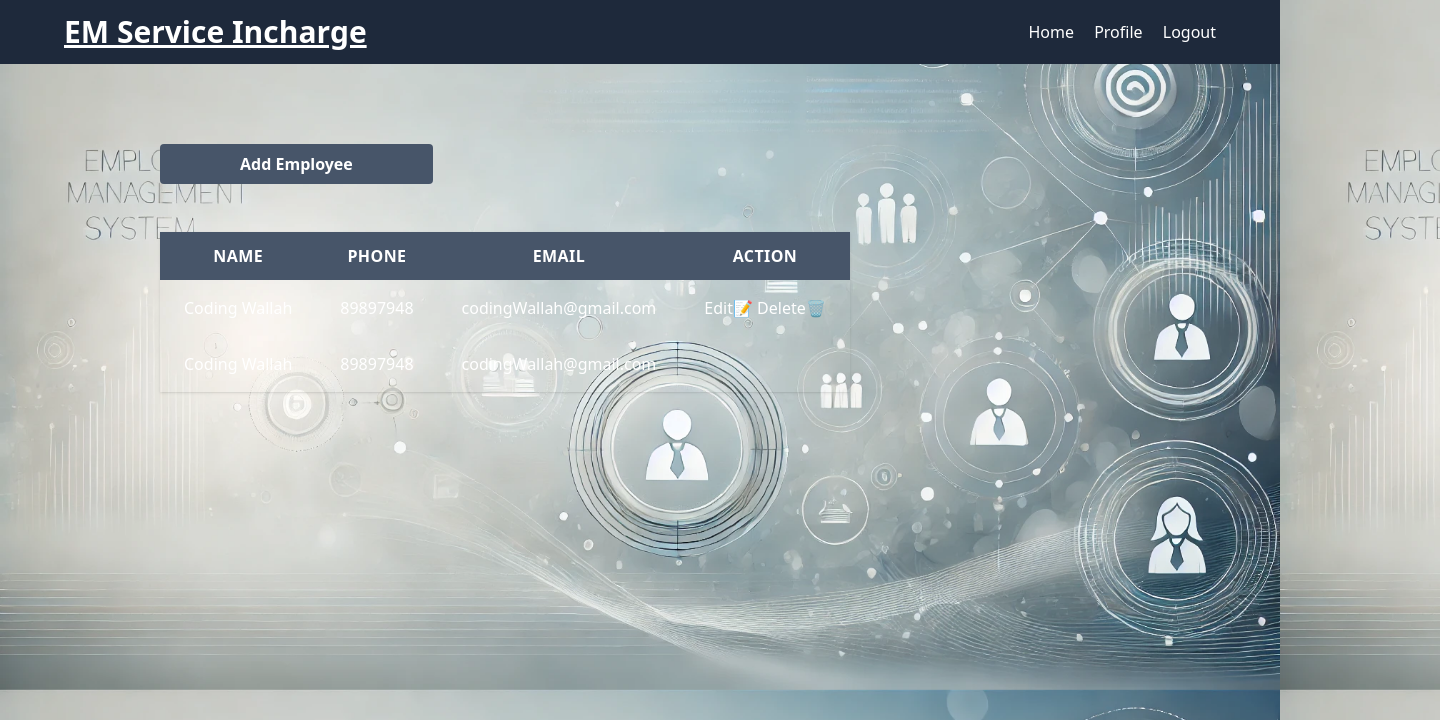
Repository: Vaibhav979/EmployeeManagement-Spring
Page: / (app in em-project-view/)
An editor plug-in stored every save of this project. The page is shown before and after a run of saves, followed by the edit.
The browser window is 1280 px wide. The page is 1440 px wide, then 1280 px, so the pictures cover 1440 px, including what lies to the right of the window. The pictures show the whole page.
The project was rebuilt for these pictures with package versions that can differ from the ones it lists, and the page was loaded fresh each time. Also part of the build but not shown: em-project-view/vite.config.js.

Above is the page before, as saved 2025-01-03 00:42:52.

### em-project-view/src/App.jsx
import Navbar from "./components/Navbar";
import "./App.css";
import EmployeeList from "./components/EmployeeList";

function App() {
  return (
    <>
      <Navbar />
      <EmployeeList />
    </>
  );
}

export default App;

### em-project-view/src/components/Navbar.jsx
import React from "react";

const Navbar = () => {
  return (
    <div className="bg-slate-800 flex h-16 px-16 items-center">
      <h1 className="text-3xl font-bold underline">EM Service Incharge</h1>
      <div className="space-x-4 ml-auto">
        <a className="hover:text-blue-400" href="/">
          {" "}
          Home{" "}
        </a>
        <a className="hover:text-blue-400" href="/">
          {" "}
          Profile{" "}
        </a>
        <a className="hover:text-blue-400" href="/">
          {" "}
          Logout
        </a>
      </div>
    </div>
  );
};

export default Navbar;

### em-project-view/src/App.css
/* #root {
  max-width: 1280px;
  margin: 0 auto;
  padding: 2rem;
  text-align: center;
} */

.App {
  text-align: left;
}

body {
  background-image: url(./assets/image.png);
  background-size: cover;
  background-position: center;
  color: #ffffff;
  height: 90vh;
}

### em-project-view/src/components/EmployeeList.jsx
import React from "react";

const EmployeeList = () => {
  return (
    <div className="container mx-40 my-8">
      <div>
        <button
        onClick={()=>navigator}
        className="bg-slate-600 hover:bg-blue-700 my-12 font-semibold px-20 py-2 rounded">
          Add Employee
        </button>
      </div>

      <div>
        <table className="shadow">
          <thead className="bg-slate-600">
            <th className="px-6 py-3 uppercase tracking-wide"> Name </th>
            <th className="px-6 py-3 uppercase tracking-wide"> Phone </th>
            <th className="px-6 py-3 uppercase tracking-wide"> Email </th>
            <th className="px-6 py-3 uppercase tracking-wide"> Action </th>
          </thead>
          <tbody>
            <tr className="hover:bg-white hover:text-black">
              <td className="text-left px-6 py-4 whitespace-nowrap">
                {" "}
                Coding Wallah{" "}
              </td>
              <td className="text-left px-6 py-4 whitespace-nowrap">
                {" "}
                89897948{" "}
              </td>
              <td className="text-left px-6 py-4 whitespace-nowrap">
                {" "}
                codingWallah@gmail.com{" "}
              </td>
              <td className="text-left px-6 py-4 whitespace-nowrap">
                <a href=""> Edit📝 </a>
                <a href=""> Delete🗑️ </a>
              </td>
            </tr>
            <tr className="hover:bg-white hover:text-black">
              <td className="text-left px-6 py-4 whitespace-nowrap">
                {" "}
                Coding Wallah{" "}
              </td>
              <td className="text-left px-6 py-4 whitespace-nowrap">
                {" "}
                89897948{" "}
              </td>
              <td className="text-left px-6 py-4 whitespace-nowrap">
                {" "}
                codingWallah@gmail.com{" "}
              </td>
            </tr>
          </tbody>
        </table>
      </div>
    </div>
  );
};

export default EmployeeList;

Loaded but not shown: em-project-view/index.html (common file); em-project-view/src/main.jsx (common file); em-project-view/src/index.css (common file); em-project-view/tailwind.config.js (common file)

After the next 7 saves:
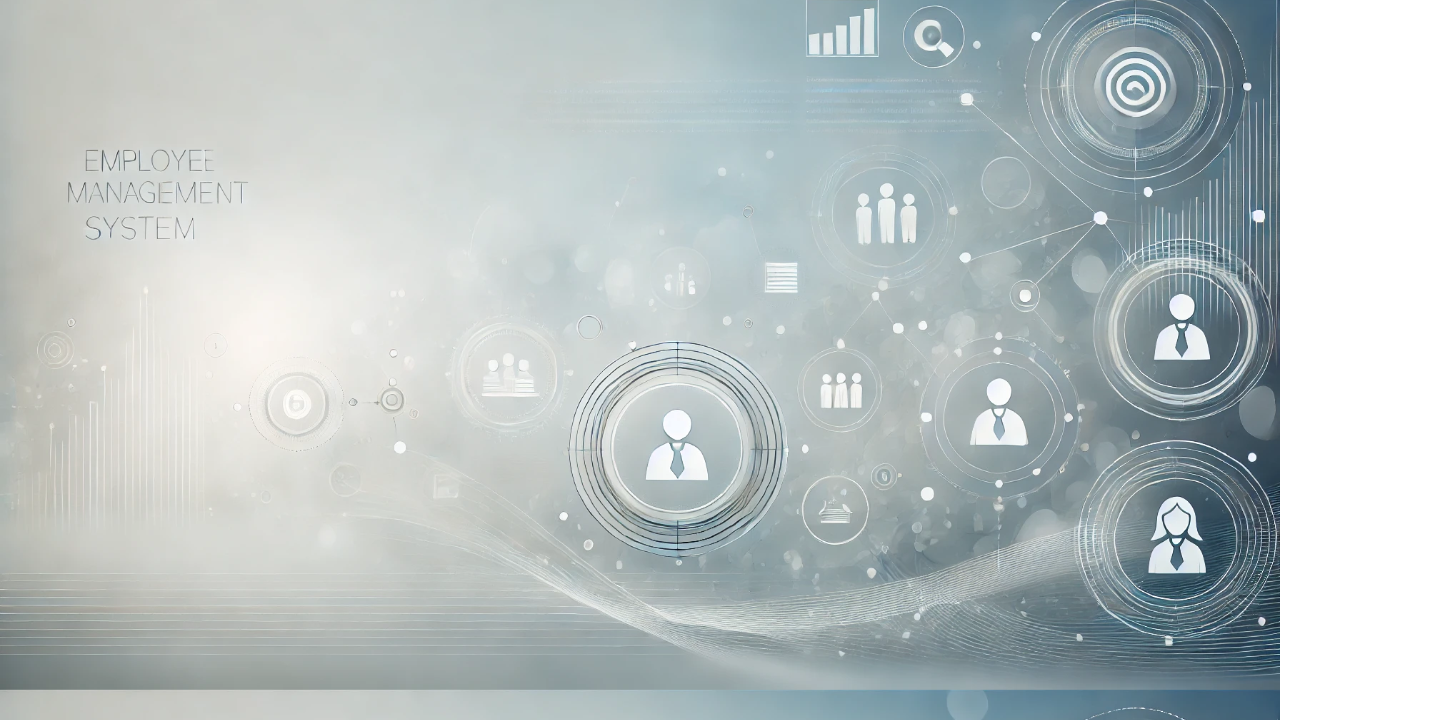
Console error: ReferenceError: useNa is not defined
The 7 saves are shown as one change because they came seconds apart.
The last was saved 36 s later.
--- a/em-project-view/src/components/EmployeeList.jsx
+++ b/em-project-view/src/components/EmployeeList.jsx
@@ -1,6 +1,7 @@
 import React from "react";
 
 const EmployeeList = () => {
+    const navigate = useNa
   return (
     <div className="container mx-40 my-8">
       <div>
